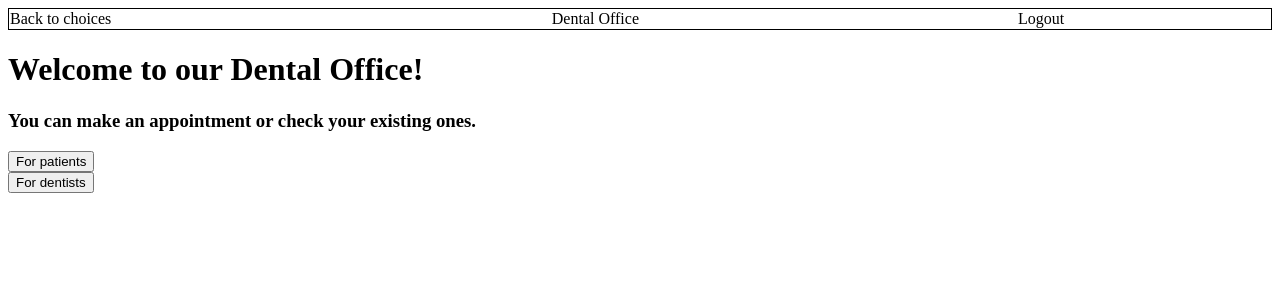
Repository: ThEgIGN/DentalOfficeWebApplication
Page: http://localhost/DentalOfficeWEB/
These files come from the project's save history. The page is drawn as it stood at one moment and after the next save; the edit follows.
The browser window is 1280 px wide. The pictures show the whole page.
The page is served by Tomcat 9. Nobody is signed in. The application's start-up code is not run. Other server files are loaded and not shown.

Above is the page before, as saved 2023-06-16 10:08:01.

### DentalOfficeProject/DentalOfficeWEB/src/main/webapp/index.jsp
<%@ page language="java" contentType="text/html; charset=ISO-8859-1"
	pageEncoding="ISO-8859-1"%>
<!DOCTYPE html>
<html>
<head>
<meta charset="ISO-8859-1">
<title>Dental Office Name</title>
</head>
<body>
	<table style="width: 100%;border-collapse: collapse;border: 1px solid;">
		<tr>
			<td>Back to choices</td>
			<td>Dental Office</td>
			<td style="text-align:left">Logout</td>
		</tr>
	</table>
	<h1>Welcome to our Dental Office!</h1>
	<h3>You can make an appointment or check your existing ones.</h3>
	<form action="/DentalOfficeWEB/patients/createPatient.jsp">
		<button type="submit">For patients</button>
	</form>
	<form action="/DentalOfficeWEB/dentists/loginDentist.jsp">
		<button type="submit">For dentists</button>
	</form>
</body>
</html>

After the next save:
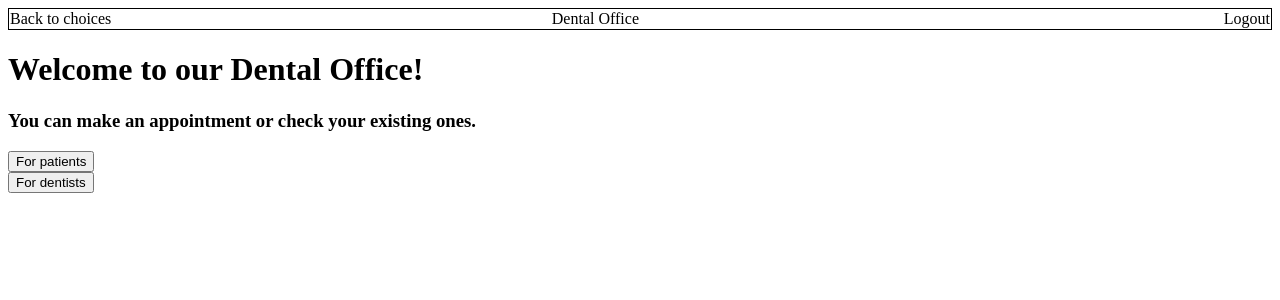
Saved 6 s later.
--- a/DentalOfficeProject/DentalOfficeWEB/src/main/webapp/index.jsp
+++ b/DentalOfficeProject/DentalOfficeWEB/src/main/webapp/index.jsp
@@ -11,7 +11,7 @@
 		<tr>
 			<td>Back to choices</td>
 			<td>Dental Office</td>
-			<td style="text-align:left">Logout</td>
+			<td style="text-align:right">Logout</td>
 		</tr>
 	</table>
 	<h1>Welcome to our Dental Office!</h1>
